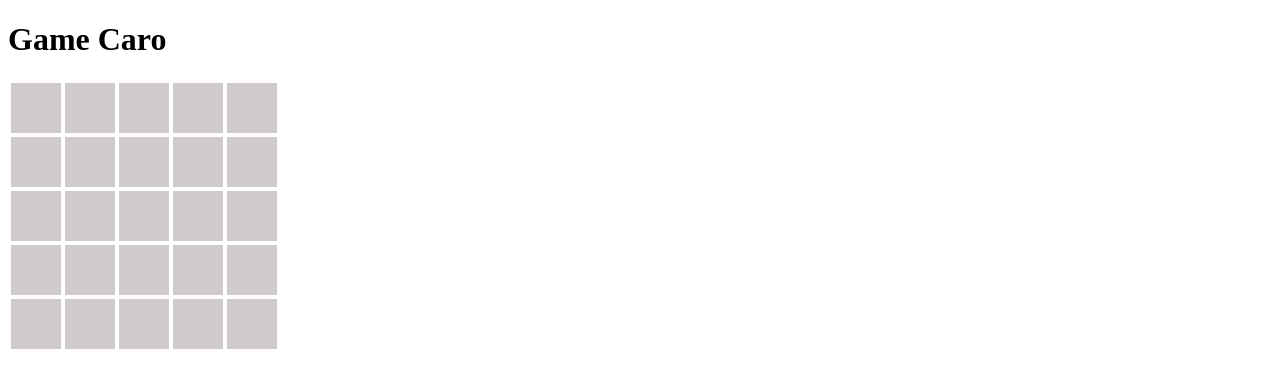
Repository: tungts3qb/BTCodeGym
Page: CaroGame/index.html
An editor plug-in stored every save of this project. The page is shown before and after the next save, followed by the edit.
The browser window is 1280 px wide. The pictures show the whole page.

Above is the page before, as saved 2023-02-16 00:34:55.

After the next save:
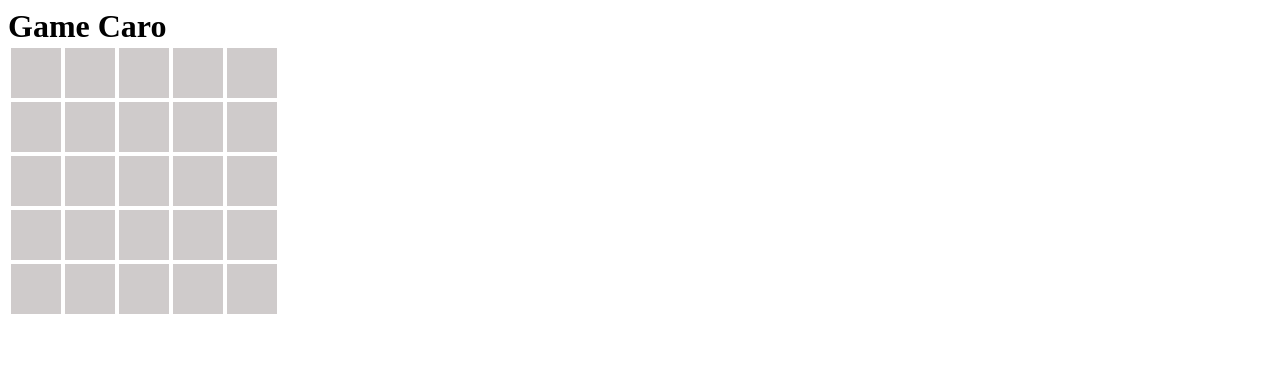
Saved 3 min 35 s later.
--- a/CaroGame/style.css
+++ b/CaroGame/style.css
@@ -25,6 +25,6 @@
   background: url("Xpng.png") no-repeat center / cover;
 }
 
-.game-title {
+.game-title h1 {
   margin: 0 auto;
 }
